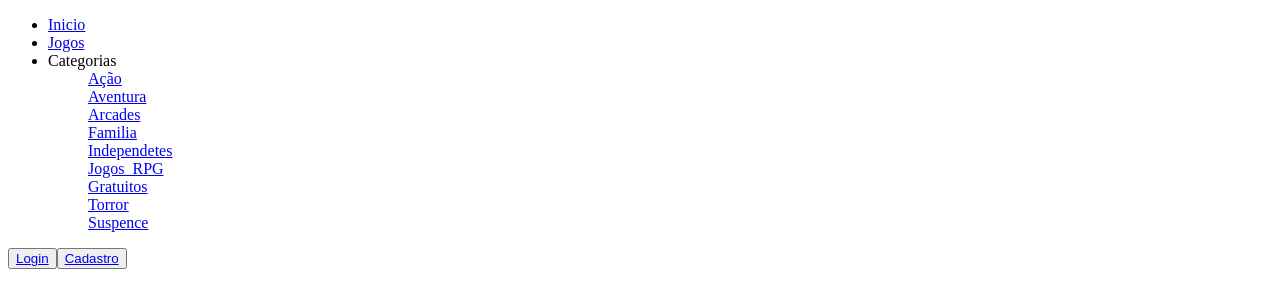
Repository: MarcoantonioCaldeira/Projeto-Go-Gamming
Page: /
An editor plug-in stored every save of this project. The page is shown before and after the next save, followed by the edit.
The browser window is 1280 px wide. The pictures show the whole page.
The project was rebuilt for these pictures with package versions that can differ from the ones it lists, and the page was loaded fresh each time. Also part of the build but not shown: src/pages/Inicio/Inicio.js, src/pages/Jogos/Jogos.js, src/pages/Categorias/Acao.js, src/pages/Categorias/Aventura.js, src/pages/Categorias/Arcades.js, src/pages/Categorias/Familia.js, src/pages/Categorias/Independentes.js, src/pages/Categorias/Jogos_RPG.js and 5 more.

Above is the page before, as saved 2023-01-24 22:58:51.

After the next save:
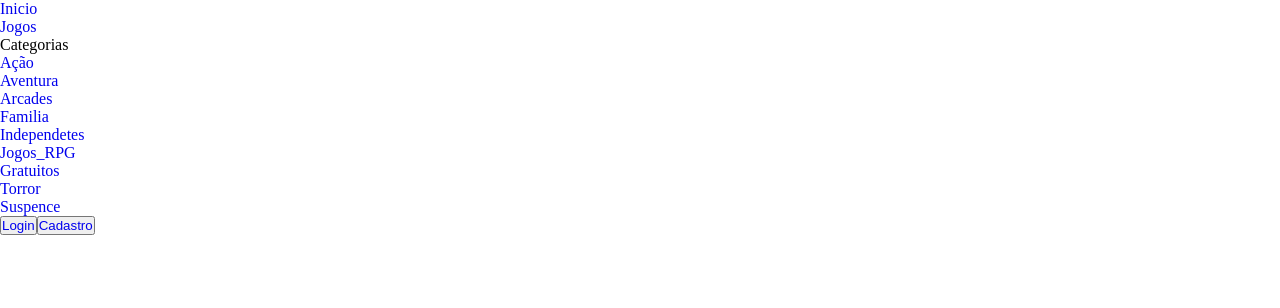
Saved 12 min 17 s later.
--- a/src/pages/Menu/estilo.css
+++ b/src/pages/Menu/estilo.css
@@ -1,3 +1,9 @@
-nav{
-    width: 100%;
+*{
+    margin: 0;
+    padding: 0;
 }
+
+a{
+    text-decoration: none;
+    display: block;
+}
